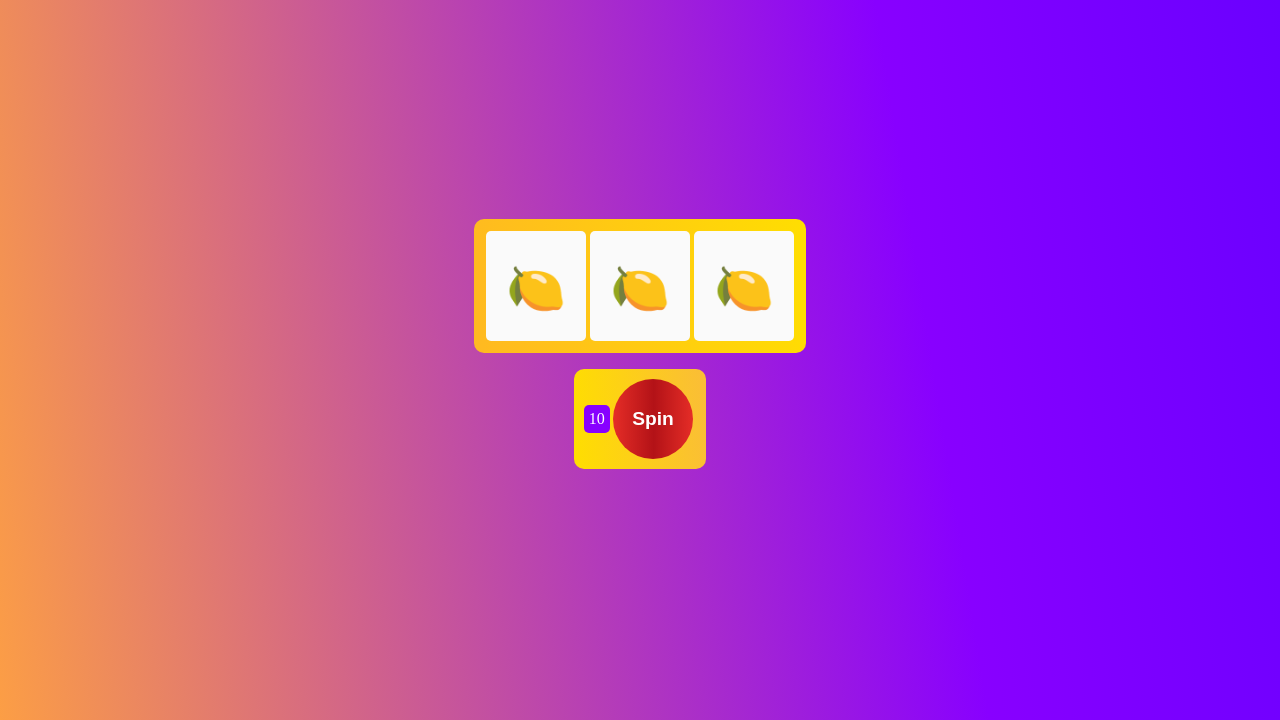
Repository: HERBOD7/slotmachine
Page: /
These files come from the project's save history. The page is drawn as it stood at one moment and after the next save; the edit follows.
The browser window is 1280 px wide. The pictures show the whole page.
The project was rebuilt for these pictures with package versions that can differ from the ones it lists, and the page was loaded fresh each time. Also part of the build but not shown: vue.config.js.

Above is the page before, as saved 2023-07-23 12:17:34.

After the next save:
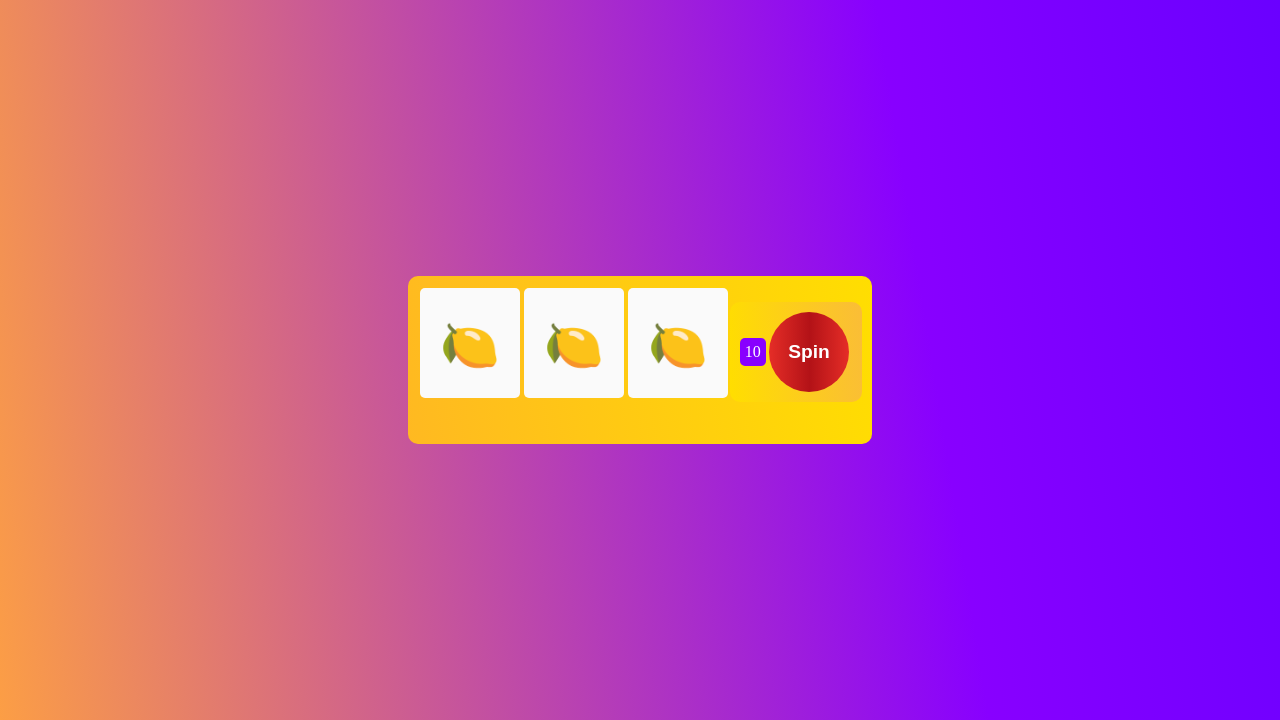
Saved 45 s later.
--- a/src/App.vue
+++ b/src/App.vue
@@ -8,11 +8,11 @@
           :slotIsShuffling="isShuffling"
         />
       </div>
-    </div>
 
-    <div class="buttons">
-      <div class="credit">{{ credit }}</div>
-      <button @click="spin" class="spinner">Spin</button>
+      <div class="buttons">
+        <div class="credit">{{ credit }}</div>
+        <button @click="spin" class="spinner">Spin</button>
+      </div>
     </div>
   </div>
 </template>
